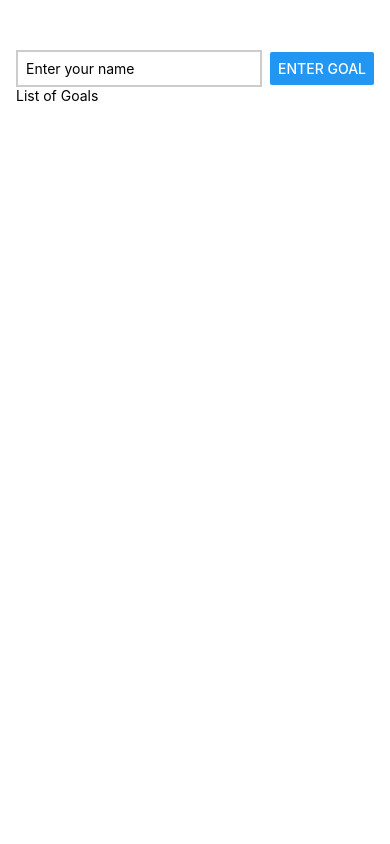
Repository: thezaidbintariq/RNCourse
Screen: /
These files come from the project's save history. The screen is drawn as it stood at one moment and after a run of saves; the edit follows.
The app was drawn by React Native's web renderer in a window 390 px wide. The project was rebuilt for these pictures with package versions that can differ from the ones it lists, and the page was loaded fresh each time.

Above is the screen before, as saved 2022-08-09 14:53:10.

### App.js
import { Button, StyleSheet, Text, TextInput, View } from 'react-native';

export default function App() {
  return (
    <View style={styles.appContainer}>
      <View style={styles.inputContainer}>
        <TextInput style={styles.input} placeholder="Enter your name" />
        <Button title="Enter Goal" />
      </View>
      <View>
        <Text>List of Goals</Text>
      </View>
    </View>
  );
}

const styles = StyleSheet.create({
  appContainer : {
   paddingTop: 50,
   paddingHorizontal: 16
  },
  inputContainer: {
    flexDirection: 'row',
    justifyContent: 'space-between',
    alignItems: 'center'
  },
  input: {
    width: '70%',
    borderColor: '#cccccc',
    borderWidth: 2,
    padding: 8,
    marginRight: 8
  }
}
);

After the next 7 saves:
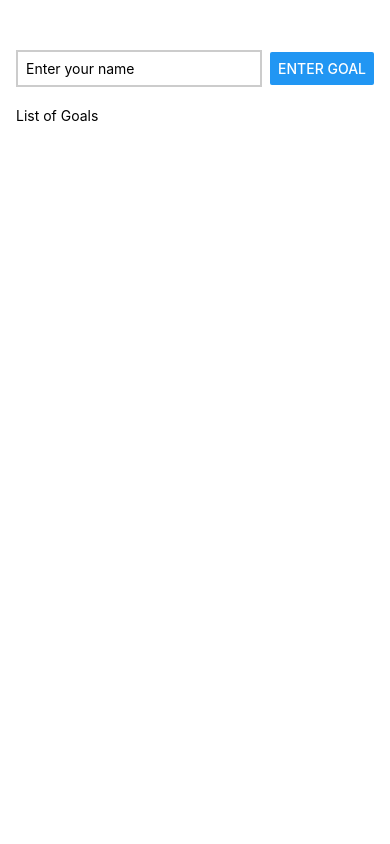
The 7 saves are shown as one change because 1 did not build or start and some came seconds apart.
The last was saved 96 s later.
--- a/App.js
+++ b/App.js
@@ -22,7 +22,8 @@ const styles = StyleSheet.create({
   inputContainer: {
     flexDirection: 'row',
     justifyContent: 'space-between',
-    alignItems: 'center'
+    alignItems: 'center',
+    paddingBottom: 20
   },
   input: {
     width: '70%',
